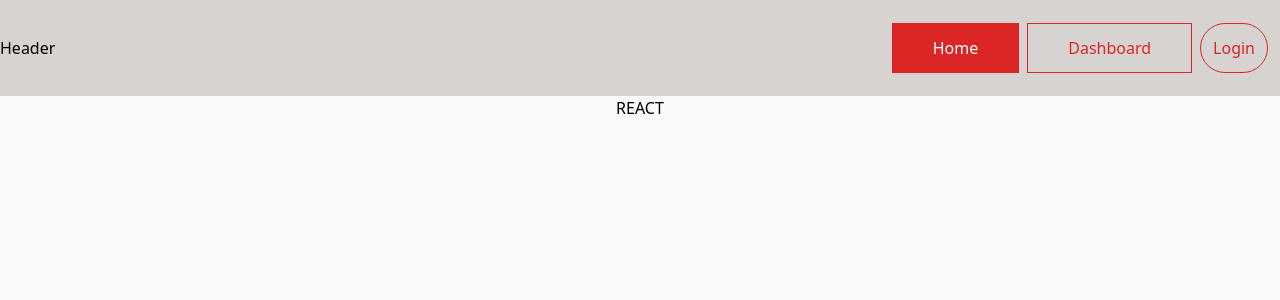
Repository: XavierOtavio/Cuzinhas
Page: /
An editor plug-in stored every save of this project. The page is shown before and after the next save, followed by the edit.
The browser window is 1280 px wide. The pictures show the whole page.
The project was rebuilt for these pictures with package versions that can differ from the ones it lists, and the page was loaded fresh each time. Also part of the build but not shown: src/components/Dashboard.js.

Above is the page before, as saved 2023-03-08 12:29:53.

After the next save:
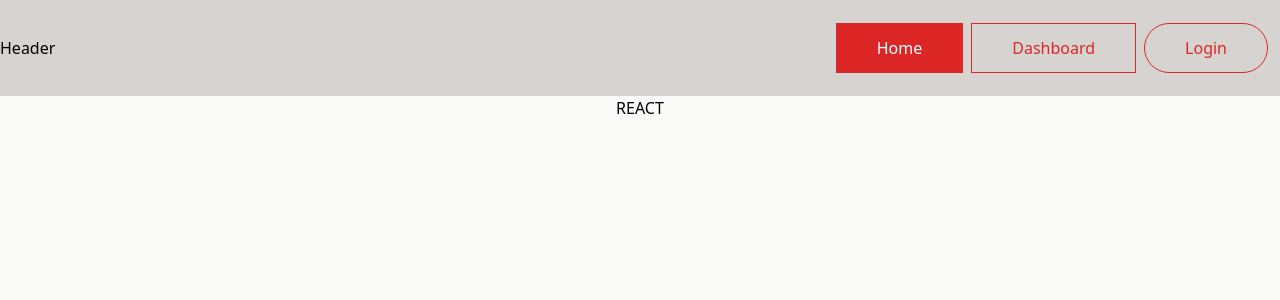
Saved 6 s later.
--- a/src/components/Header.js
+++ b/src/components/Header.js
@@ -17,7 +17,7 @@ function Header() {
           </button>
         </Link>
         <Link to="/login">
-          <button class="block border border-red-600 rounded-full bg-stone-300 px-3 py-3 text-red-600 ml-2 font-medium">
+          <button class="block border border-red-600 rounded-full bg-stone-300 px-10 py-3 text-red-600 ml-2 font-medium">
             Login
           </button>
         </Link>
